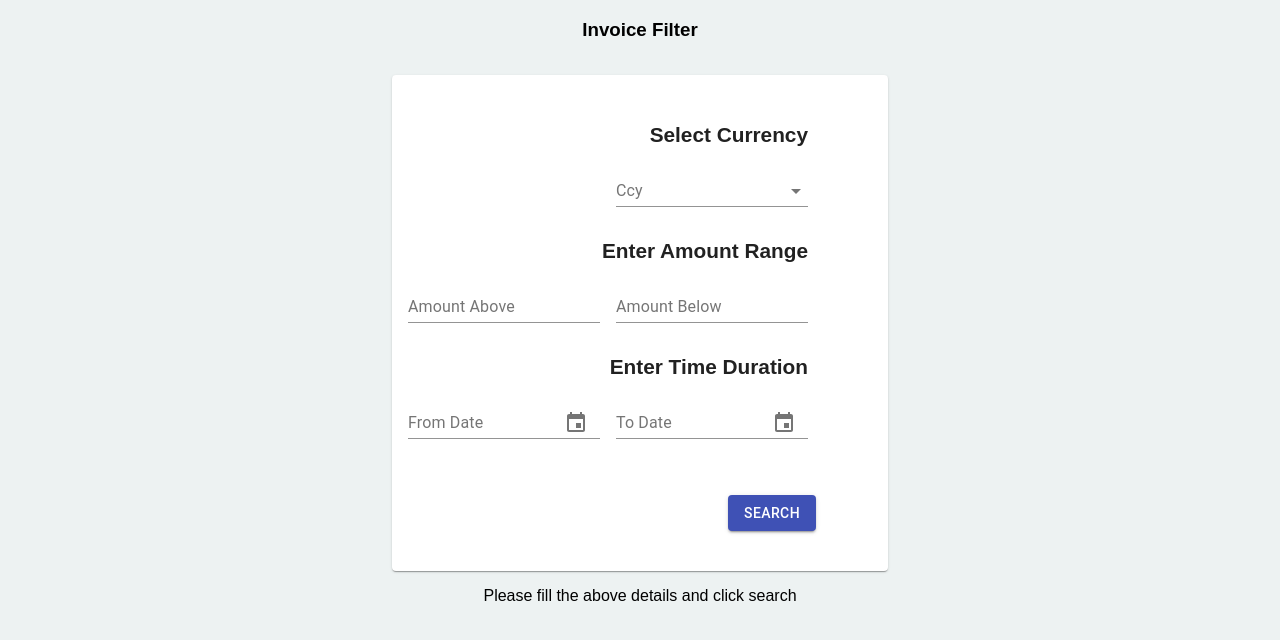
Repository: AmanullaChishty/filter
Page: /
An editor plug-in stored every save of this project. The page is shown before and after the next save, followed by the edit.
The browser window is 1280 px wide. The pictures show the whole page.
The project was rebuilt for these pictures with package versions that can differ from the ones it lists, and the page was loaded fresh each time.

Above is the page before, as saved 2020-01-26 22:12:21.

After the next save:
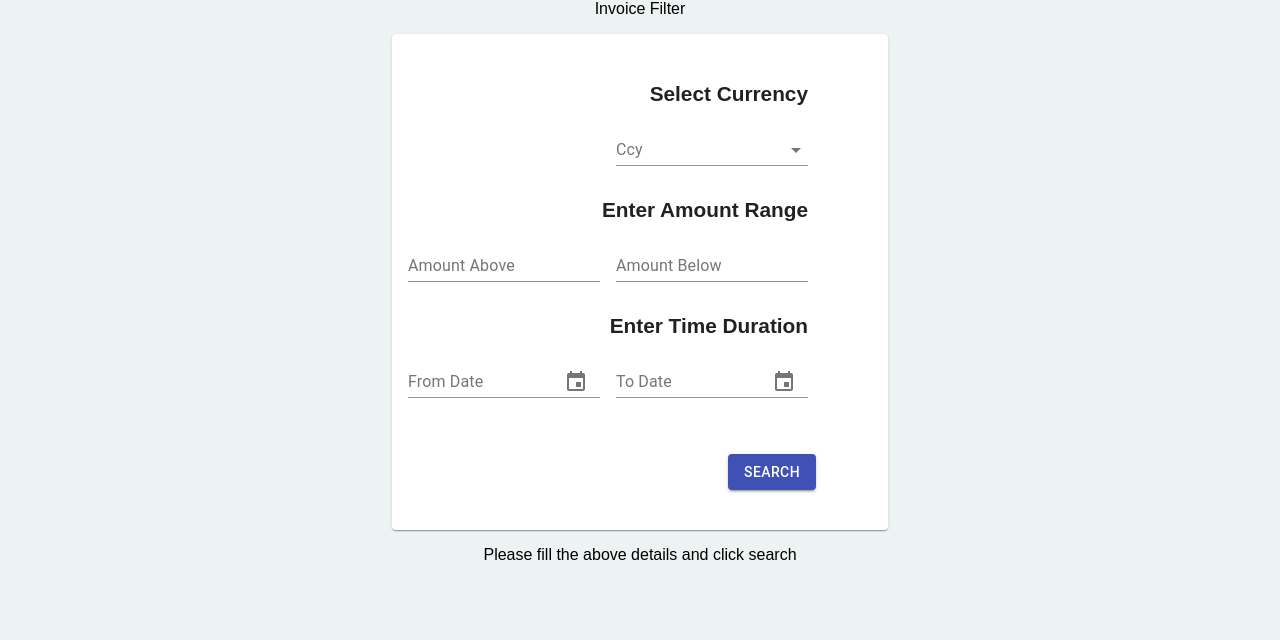
Saved 43 s later.
--- a/src/App.js
+++ b/src/App.js
@@ -22,7 +22,7 @@ class App extends Component {
   render() {
     return (
       <div className="App">
-        <h3>Invoice Filter</h3>
+        <span className="header">Invoice Filter</span>
         <SearchBar/>
         <GridList/>
       </div>
